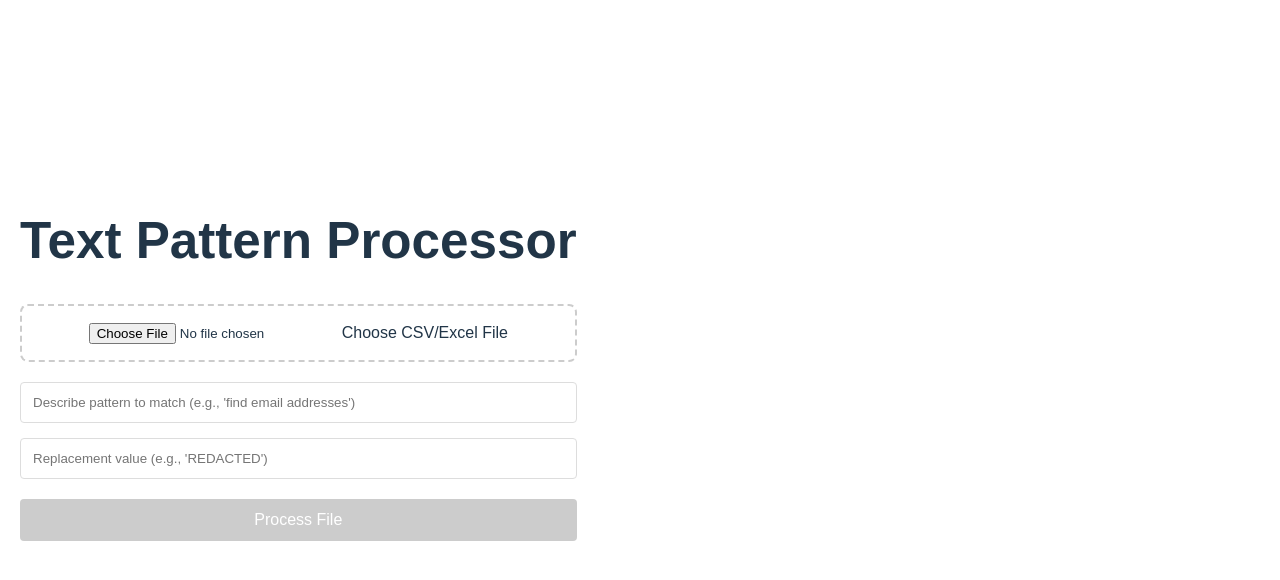
Repository: Rainman4301/techni_assess
Page: / (app in front_end/)
The author's editor kept a copy of each file at every save. The page is drawn from the files as they stood at one save, then again after a run of saves.
The browser window is 1280 px wide. The pictures show the whole page.
The project was rebuilt for these pictures with package versions that can differ from the ones it lists, and the page was loaded fresh each time. Also part of the build but not shown: front_end/vite.config.js.

Above is the page before, as saved 2025-02-04 15:14:54.

### front_end/src/App.jsx
import { useState } from 'react'
import axios from 'axios'
import reactLogo from './assets/react.svg'
import viteLogo from '/vite.svg'
import './App.css'







function App() {
  const [file, setFile] = useState(null);
  const [patternDescription, setPatternDescription] = useState('');
  const [replacementValue, setReplacementValue] = useState('');
  const [processedData, setProcessedData] = useState(null);
  const [isProcessing, setIsProcessing] = useState(false);

  const handleFileUpload = async (e) => {
    e.preventDefault();
    setIsProcessing(true);

    try {
      // Step 1: Upload file
      const formData = new FormData();
      formData.append('file', file);

      // Step 2: Send processing request
      const response = await axios.post('http://localhost:8000/api/process/', {
        file,
        pattern_description: patternDescription,
        replacement_value: replacementValue
      }, {
        headers: {
          'Content-Type': 'multipart/form-data'
        }
      });

      setProcessedData(response.data.processed_data);
    } catch (error) {
      console.error('Processing error:', error);
      alert('Error processing file: ' + (error.response?.data?.error || error.message));
    } finally {
      setIsProcessing(false);
    }
  };

  return (
    <div className="container">
      <h1>Text Pattern Processor</h1>

      {/* File Upload Section */}
      <div className="upload-section">
        <label className="file-input-label">
          <input
            type="file"
            accept=".csv,.xlsx,.xls"
            onChange={(e) => setFile(e.target.files[0])}
          />
          {file ? file.name : "Choose CSV/Excel File"}
        </label>
      </div>

      {/* Pattern Input Section */}
      <div className="pattern-section">
        <input
          type="text"
          placeholder="Describe pattern to match (e.g., 'find email addresses')"
          value={patternDescription}
          onChange={(e) => setPatternDescription(e.target.value)}
          className="pattern-input"
        />

        <input
          type="text"
          placeholder="Replacement value (e.g., 'REDACTED')"
          value={replacementValue}
          onChange={(e) => setReplacementValue(e.target.value)}
          className="replacement-input"
        />
      </div>

      {/* Process Button */}
      <button
        onClick={handleFileUpload}
        disabled={!file || !patternDescription || isProcessing}
        className="process-button"
      >
        {isProcessing ? 'Processing...' : 'Process File'}
      </button>

      {/* Results Display */}
      {processedData && (
        <div className="results-section">
          <h2>Processed Results</h2>
          <div className="results-table">
            <table>
              <thead>
                <tr>
                  {Object.keys(processedData[0]).map((header) => (
                    <th key={header}>{header}</th>
                  ))}
                </tr>
              </thead>
              <tbody>
                {processedData.map((row, index) => (
                  <tr key={index}>
                    {Object.values(row).map((value, cellIndex) => (
                      <td key={cellIndex}>{value}</td>
                    ))}
                  </tr>
                ))}
              </tbody>
            </table>
          </div>
        </div>
      )}
    </div>
  );
}

export default App;

### front_end/src/App.css
.container {
  max-width: 800px;
  margin: 2rem auto;
  padding: 20px;
  font-family: Arial, sans-serif;
}

.upload-section {
  margin: 20px 0;
}

.file-input-label {
  display: block;
  padding: 15px;
  border: 2px dashed #ccc;
  border-radius: 8px;
  text-align: center;
  cursor: pointer;
}

.file-input-label:hover {
  border-color: #007bff;
}

.pattern-section {
  display: grid;
  gap: 15px;
  margin: 20px 0;
}

.pattern-input,
.replacement-input {
  padding: 12px;
  border: 1px solid #ddd;
  border-radius: 4px;
  width: 100%;
  box-sizing: border-box;
}

.process-button {
  background: #007bff;
  color: white;
  padding: 12px 24px;
  border: none;
  border-radius: 4px;
  cursor: pointer;
  width: 100%;
  font-size: 16px;
}

.process-button:disabled {
  background: #cccccc;
  cursor: not-allowed;
}

.results-section {
  margin-top: 30px;
}

.results-table {
  overflow-x: auto;
}

table {
  width: 100%;
  border-collapse: collapse;
  margin-top: 15px;
}

th, td {
  padding: 12px;
  text-align: left;
  border-bottom: 1px solid #ddd;
}

th {
  background-color: #f8f9fa;
}

Loaded but not shown: front_end/index.html (common file); front_end/src/main.jsx (common file); front_end/src/index.css (common file)

After the next 2 saves:
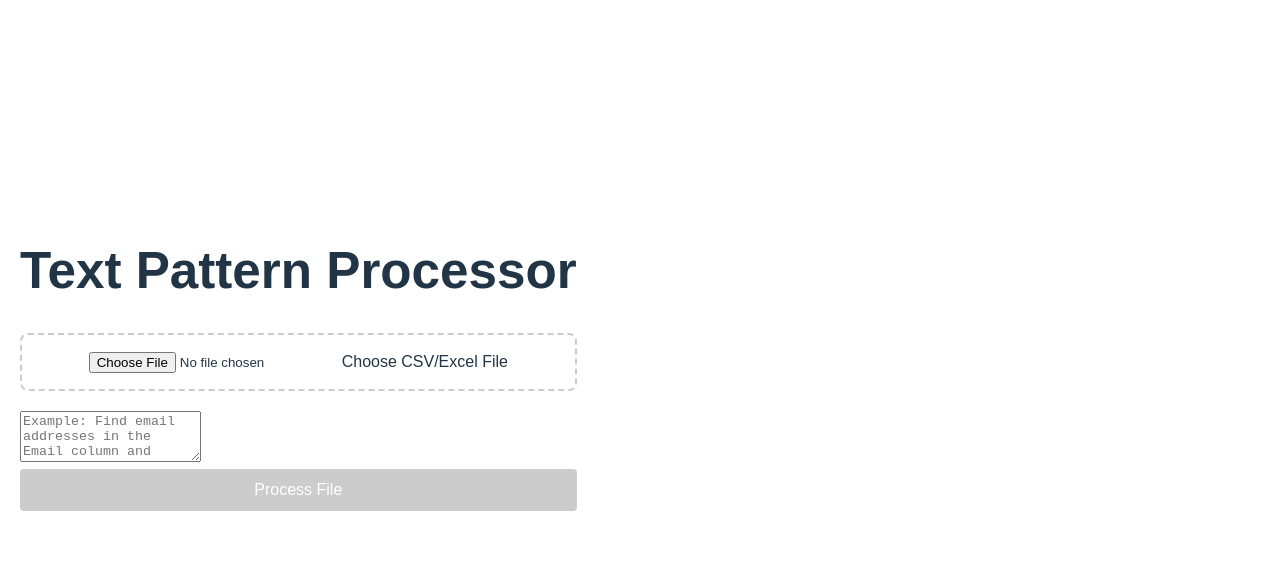
The 2 saves are shown as one change because 1 did not build or start.
The last was saved 19 min 55 s later.
--- a/front_end/src/App.jsx
+++ b/front_end/src/App.jsx
@@ -7,31 +7,22 @@ import './App.css'
 
 
 
-
-
-
 function App() {
   const [file, setFile] = useState(null);
-  const [patternDescription, setPatternDescription] = useState('');
-  const [replacementValue, setReplacementValue] = useState('');
+  const [userInput, setUserInput] = useState('');
   const [processedData, setProcessedData] = useState(null);
   const [isProcessing, setIsProcessing] = useState(false);
 
-  const handleFileUpload = async (e) => {
+  const handleProcess = async (e) => {
     e.preventDefault();
     setIsProcessing(true);
 
     try {
-      // Step 1: Upload file
       const formData = new FormData();
       formData.append('file', file);
+      formData.append('user_input', userInput);
 
-      // Step 2: Send processing request
-      const response = await axios.post('http://localhost:8000/api/process/', {
-        file,
-        pattern_description: patternDescription,
-        replacement_value: replacementValue
-      }, {
+      const response = await axios.post('http://localhost:8000/api/process/', formData, {
         headers: {
           'Content-Type': 'multipart/form-data'
         }
@@ -50,7 +41,7 @@ function App() {
     <div className="container">
       <h1>Text Pattern Processor</h1>
 
-      {/* File Upload Section */}
+      {/* File Upload */}
       <div className="upload-section">
         <label className="file-input-label">
           <input
@@ -62,29 +53,20 @@ function App() {
         </label>
       </div>
 
-      {/* Pattern Input Section */}
-      <div className="pattern-section">
-        <input
-          type="text"
-          placeholder="Describe pattern to match (e.g., 'find email addresses')"
-          value={patternDescription}
-          onChange={(e) => setPatternDescription(e.target.value)}
-          className="pattern-input"
-        />
-
-        <input
-          type="text"
-          placeholder="Replacement value (e.g., 'REDACTED')"
-          value={replacementValue}
-          onChange={(e) => setReplacementValue(e.target.value)}
-          className="replacement-input"
+      {/* Combined Input */}
+      <div className="input-section">
+        <textarea
+          value={userInput}
+          onChange={(e) => setUserInput(e.target.value)}
+          placeholder="Example: Find email addresses in the Email column and replace them with 'REDACTED'"
+          rows="3"
         />
       </div>
 
       {/* Process Button */}
       <button
-        onClick={handleFileUpload}
-        disabled={!file || !patternDescription || isProcessing}
+        onClick={handleProcess}
+        disabled={!file || !userInput || isProcessing}
         className="process-button"
       >
         {isProcessing ? 'Processing...' : 'Process File'}
